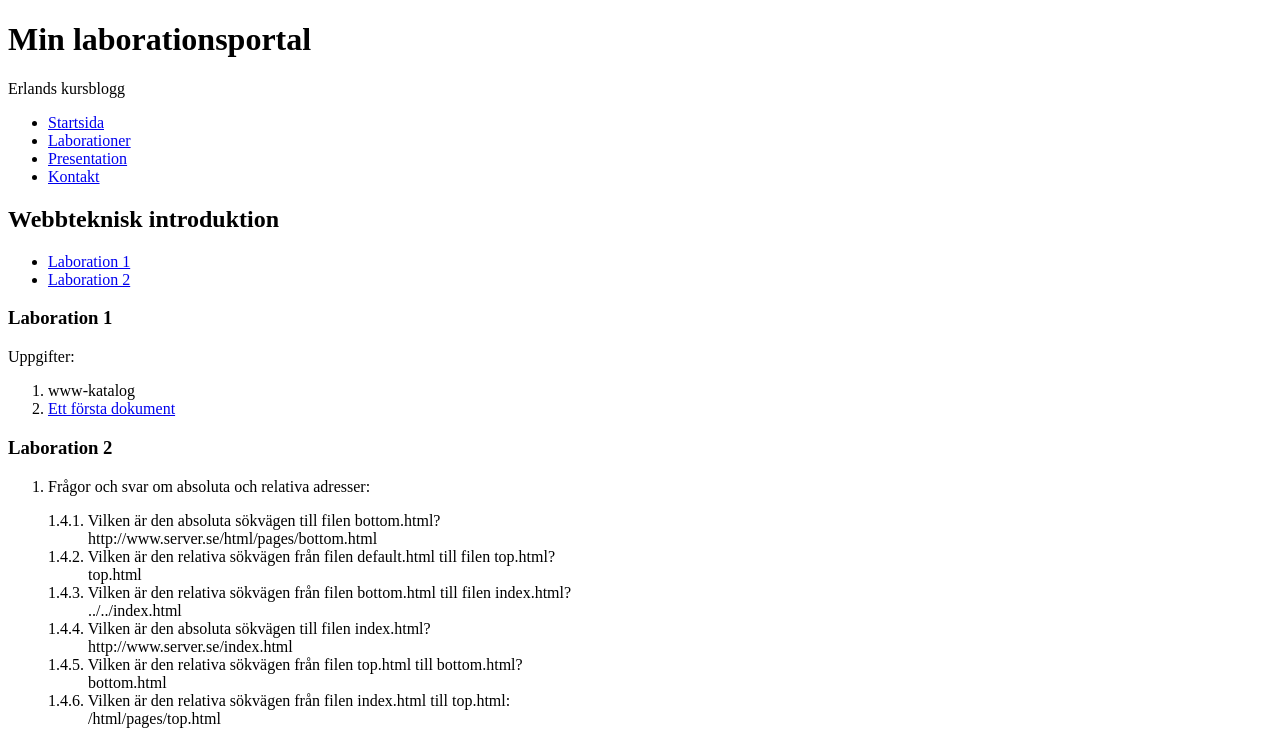
Repository: ej222ru/1IK415-laborationer
Page: pages/laborationer.html
The author's editor kept a record of every edit. The page is drawn from the files as they stood at one moment, then again after the next edit.
The browser window is 1280 px wide. The pictures show the whole page.

Above is the page before.

### pages/laborationer.html
<!doctype html>
<html lang="sv">
    <head>
        <meta charset="utf-8" />
        <title>Erlands kursblogg</title>
    </head>
    <body>
    <h1>Min laborationsportal</h1>

    <p>Erlands kursblogg</p>
        <ul>
            <li><a href="../index.html">Startsida</a></li>
            <li><a href="laborationer.html">Laborationer</a></li>
            <li><a href="presentation.html">Presentation</a></li>
            <li><a href="kontakt.html">Kontakt</a></li>
        </ul>
        <h2>Webbteknisk introduktion</h2>
        <ul>
            <li><a href="#Laboration1">Laboration 1</a></li>
            <li><a href="#Laboration2">Laboration 2</a></li>
        </ul>
        <h3>Laboration 1 <a id="Laboration1"></a></h3>
        <p>Uppgifter:</p>
        <ol>
            <li>www-katalog</li>
            <li><a href="presentation.html">Ett första dokument</a></li>
        </ol>
        <h3>Laboration 2 <a id="Laboration2"></a></h3>
        <ol>

            <li>Frågor och svar om absoluta och relativa adresser:
                <dl>
                <dt>1.4.1. Vilken är den absoluta sökvägen till filen bottom.html? </dt>
                <dd>http://www.server.se/html/pages/bottom.html</dd>
                <dt>1.4.2. Vilken är den relativa sökvägen från filen default.html till filen top.html? </dt>
                <dd>top.html</dd>
                <dt>1.4.3. Vilken är den relativa sökvägen från filen bottom.html till filen index.html? </dt>
                <dd>../../index.html</dd>
                <dt>1.4.4. Vilken är den absoluta sökvägen till filen index.html? </dt>
                <dd>http://www.server.se/index.html</dd>
                <dt>1.4.5. Vilken är den relativa sökvägen från filen top.html till bottom.html? </dt>
                <dd>bottom.html</dd>
                <dt>1.4.6. Vilken är den relativa sökvägen från filen index.html till top.html:</dt>
                <dd>/html/pages/top.html</dd>
                </dl>
            </li>
        </ol>

      </body>
</html>

After the next edit:
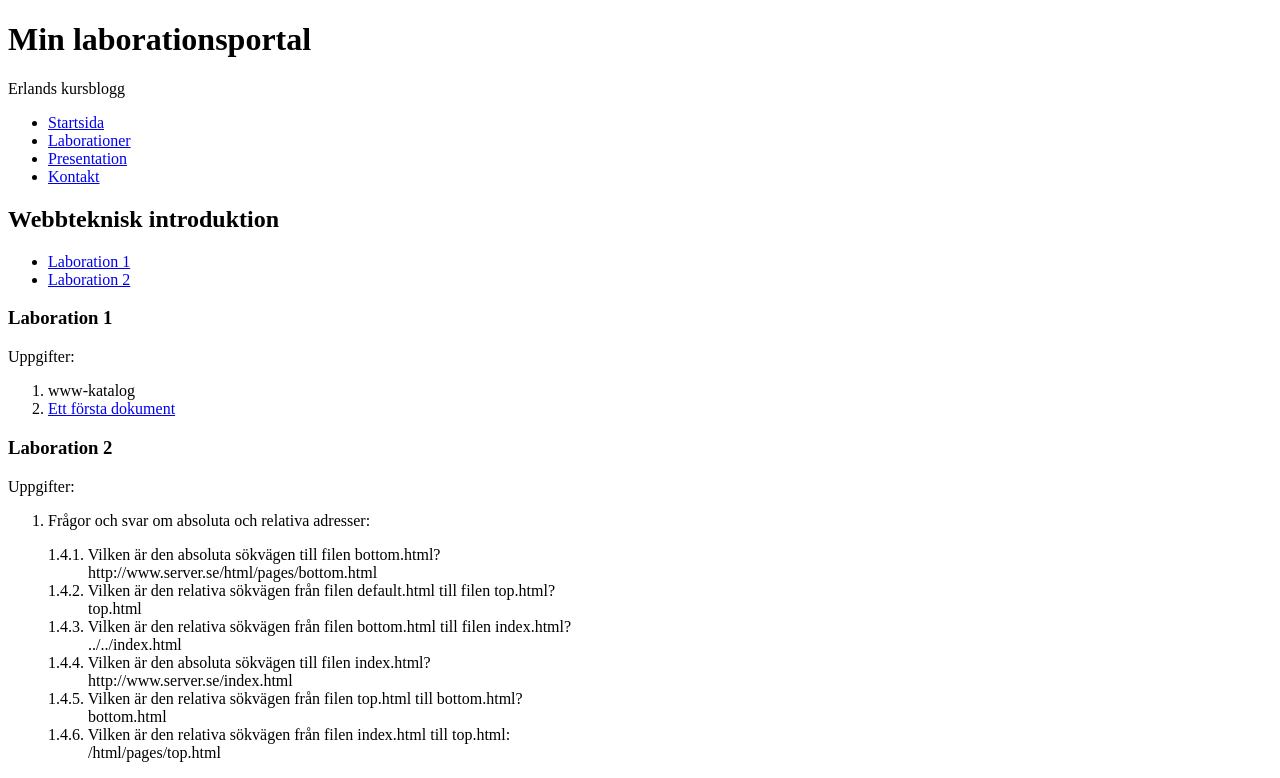
The edit:
--- a/pages/laborationer.html
+++ b/pages/laborationer.html
@@ -26,6 +26,7 @@
             <li><a href="presentation.html">Ett första dokument</a></li>
         </ol>
         <h3>Laboration 2 <a id="Laboration2"></a></h3>
+        <p>Uppgifter:</p>
         <ol>
 
             <li>Frågor och svar om absoluta och relativa adresser:
